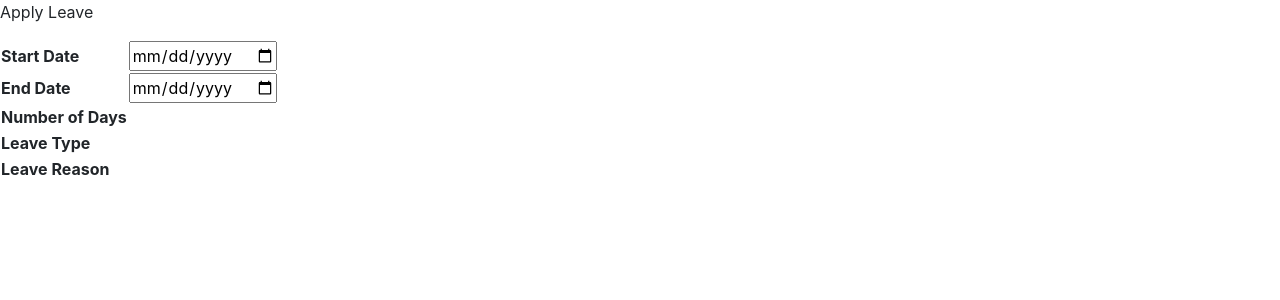
Repository: rkmr039/EMS_PROJECT
Page: http://localhost/EMS/ApplyLeaves.jsp
These files come from the project's save history. The page is drawn as it stood at one moment and after the next save; the edit follows.
The browser window is 1280 px wide. The pictures show the whole page.
The page is served by Tomcat 9.

Above is the page before, as saved 2019-08-27 06:23:29.
Console error: TypeError: Cannot read properties of undefined (reading 'fn')

After the next save:
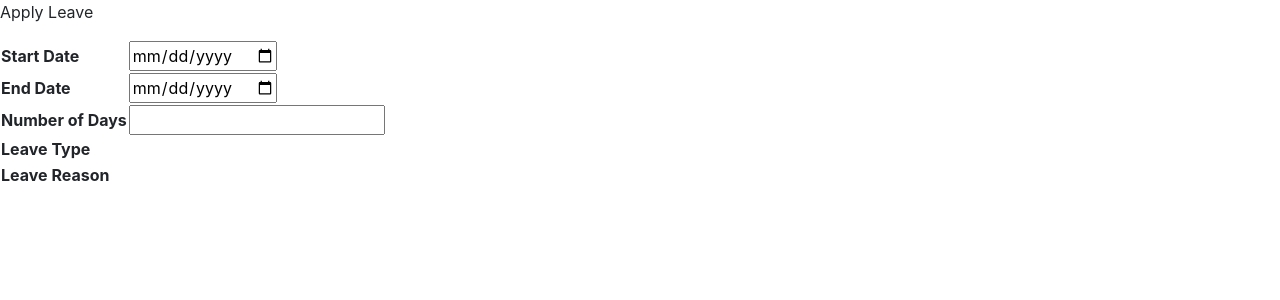
Saved 45 s later.
--- a/EMS/WebContent/ApplyLeaves.jsp
+++ b/EMS/WebContent/ApplyLeaves.jsp
@@ -28,7 +28,7 @@
 		</tr>
 		<tr>
 			<th>Number of Days</th>
-			<td></td>
+			<td><input type="text" name="noDays"/></td>
 		</tr>
 		<tr>
 			<th>Leave Type</th>
